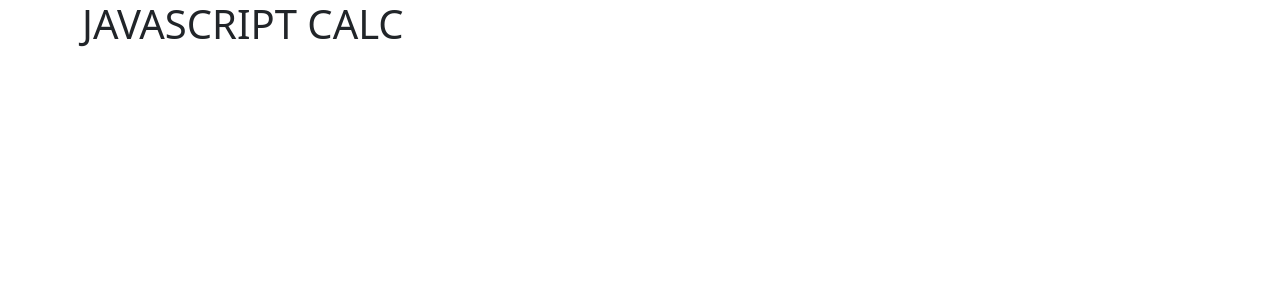
Repository: harryninja/14JsReact
Page: CalcJS/index.html
These files come from the project's save history. The page is drawn as it stood at one moment and after the next save; the edit follows.
The browser window is 1280 px wide. The pictures show the whole page.

Above is the page before, as saved 2022-03-08 22:33:25.

After the next save:
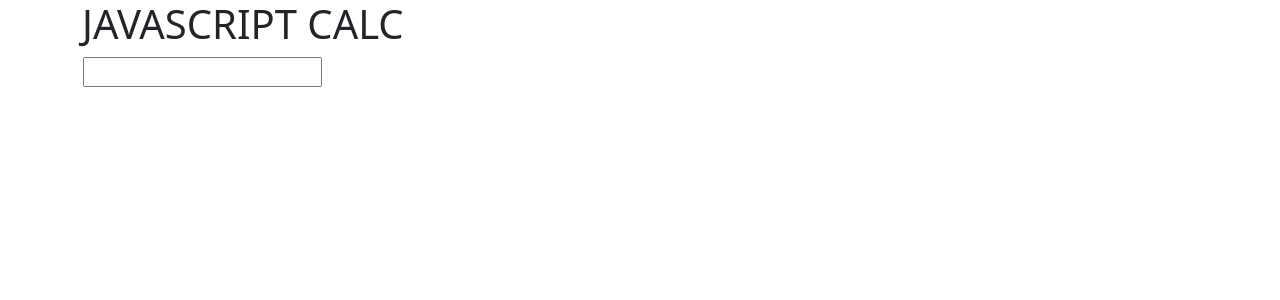
Saved 2 min 21 s later.
--- a/CalcJS/index.html
+++ b/CalcJS/index.html
@@ -22,7 +22,7 @@
                 <h1>JAVASCRIPT CALC</h1>
                 <table>
                     <tr>
-
+                        <td colspan="3"><input type="text"></td>
                     </tr>
                 </table>
             </div>
